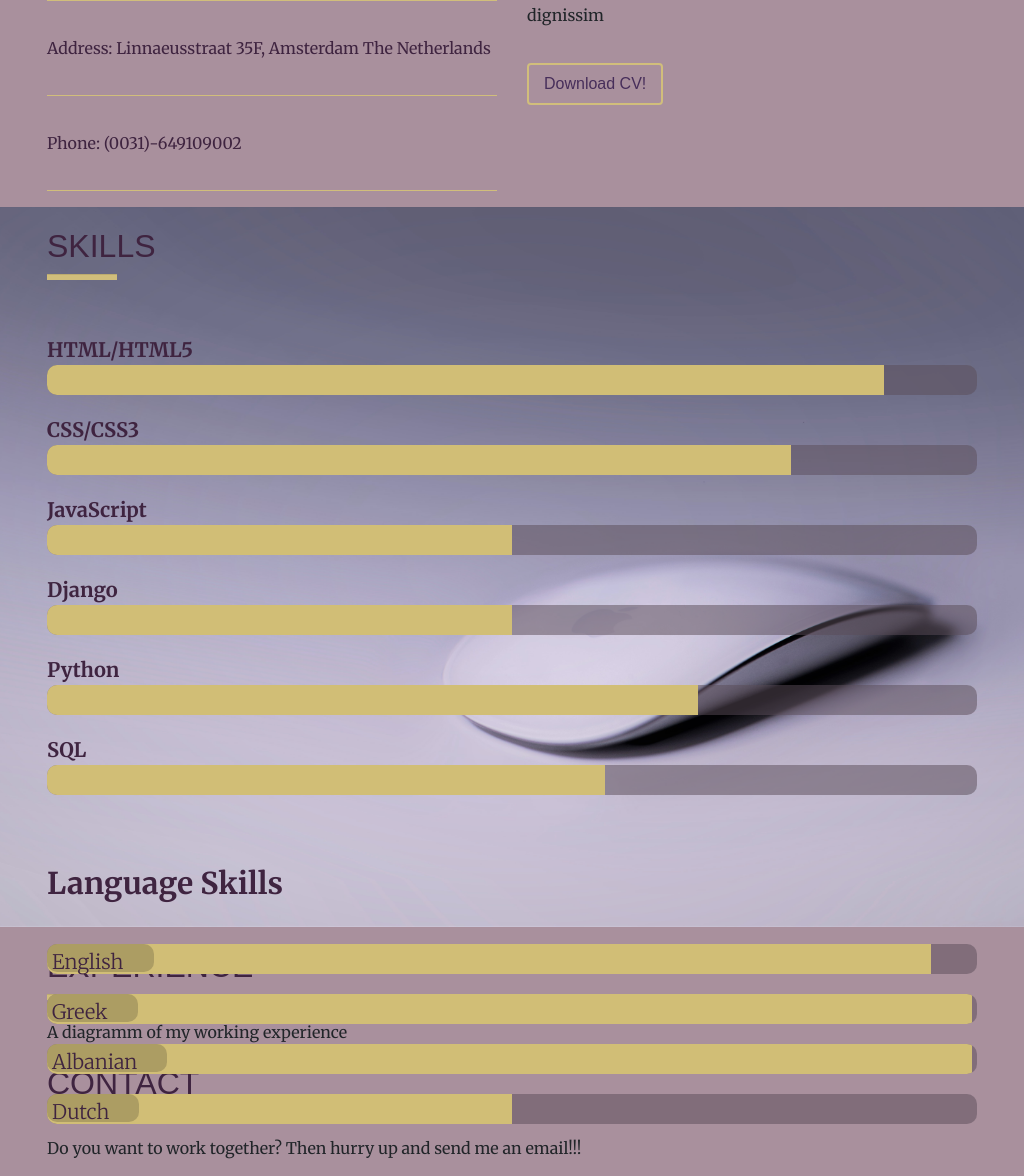
Repository: edshuli/Portfolio
Page: index.html
The author's editor kept a record of every edit. The page is drawn from the files as they stood at one moment, then again after the next edit.
The browser window is 1024 px wide. The pictures show the part of the page from y = 1001 to 2177 px (the page is 2177 px tall).
Backgrounds fixed to the window are drawn as part of the page. Some web fonts or font styles are not loaded; a fallback is used.

Above is the page before.

### index.html
<!DOCTYPE html>
<html lang="en">

<head>
    <meta charset="UTF-8">
    <meta name="viewport" content="width=device-width, initial-scale=1.0">
    <meta http-equiv="X-UA-Compatible" content="ie=edge">
    <link rel="stylesheet" href="https://stackpath.bootstrapcdn.com/bootstrap/4.3.1/css/bootstrap.min.css" type="text/css" />
    <link rel="stylesheet" href="https://stackpath.bootstrapcdn.com/font-awesome/4.7.0/css/font-awesome.min.css" type="text/css" />
    <link rel="stylesheet" href="https://cdnjs.cloudflare.com/ajax/libs/hover.css/2.3.1/css/hover-min.css" type="text/css" />
    <link rel="stylesheet" href="assets/css/style.css" type="text/css" />
    <title>Edna Shuli - Full Stack Web Developer</title>
</head>

<body>

    <div class="container-fluid navbar-menu">
        <div class="row">
            <div class="col-12">
                <!-- NAVBAR -->
                <nav class="navbar navbar-expand-sm fixed-top navbar-light ">
                    <a href="index.html" class="navbar-brand"><i class="fa fa-home" aria-hidden="true"></i>Ed.Sh</a>
                    <button class="navbar-toggler" type="button" data-toggle="collapse" data-target="#menuDropdown" aria-controls="menuDropdown" aria-expanded="false" aria-label="Toggle navigation">
           <span class="navbar-toggler-icon"></span>
       </button>

                    <div id="menuDropdown" class="navbar-collapse collapse">
                        <ul class="navbar-nav mr-auto">
                            <li><a class="nav-link text-uppercase" href="#">about</a></li>
                            <li><a class="nav-link text-uppercase" href="#">skills</a></li>
                            <li><a class="nav-link text-uppercase" href="#">work</a></li>
                            <li><a class="nav-link text-uppercase" href="#">education</a></li>
                            <li><a class="nav-link text-uppercase" href="#">contact</a></li>
                            <li><a class="nav-link text-uppercase" href="#">cv</a></li>
                        </ul>
                    </div>
            </div>
        </div>
        </nav>
    </div>
    <div class="container-fluid homepage-container ">
        <div class="row">
            <div class="col">
                <div class="jumbotron ">
                    <h1 class="header">Hi! I'm </br><span class="name">
            Edna Shuli</span></h1>
                    <p class="title">Full Stack Web Developer</p>
                </div>
            </div>
        </div>
    </div>



    <!-- ABOUT ME -->
    <section class="aboutme">
        <div class="container aboutme-container">
            <div class="row">
                <div class="col-md-6">
                    <div class="personal-info">
                        <h2 class="uppercase">Personal Info</h2>
                        <hr class="title-divider">
                        <ul>
                            <li>Name: Edna Shuli</li>
                            <li>Email: <a href="mailto:edna_shhuli@hotmail.gr">edna_shuli@hotmail.gr</a></li>
                            <li>Address: Linnaeusstraat 35F, Amsterdam The Netherlands</li>
                            <li>Phone: (0031)-649109002</li>
                        </ul>
                    </div>
                </div>
                <div class="col-md-6">
                    <h2 class="text-uppercase">About</h2>
                    <hr class="title-divider">
                    <div class="aboutmeitem">
                        <p>Lorem ipsum dolor sit amet, consectetuer adipiscing elit, sed diam nonummy nibh euismod tincidunt ut laoreet dolore magna aliquam erat volutpat. Ut wisi enim ad minim veniam, quis nostrud exerci tation ullamcorper suscipit lobortis
                            nisl ut aliquip ex ea commodo consequat. Duis autem vel eum iriure dolor in hendrerit in vulputate velit esse molestie consequat, vel illum dolore eu feugiat nulla facilisis at vero eros et accumsan et iusto odio dignissim
                        </p>
                    </div>
                    <button class="btn">Download CV!</button>
                </div>
            </div>
        </div>
    </section>



    <!-- Skills -->

    <section class="skills">
        <div class="container skills-container">
            <div class="row">
                <div class="col">
                    <h2 class="text-uppercase">Skills</h2>
                    <hr class="title-divider">
                </div>
            </div>
            <div class="skills-item-container">
                <div class="row ">
                    <div class="col">
                        <div class="skill-item-desc">HTML/HTML5</div>
                        <div class="progress">
                            <div class="progress-bar" role="progressbar" aria-valuenow="90" aria-valuemin="0" aria-valuemax="100" style="width:90%">
                                <span class="sr-only">90% complete</span>
                            </div>
                        </div>
                        <div class="skill-item-desc">CSS/CSS3</div>
                        <div class="progress">
                            <div class="progress-bar" role="progressbar" aria-valuenow="80" aria-valuemin="0" aria-valuemax="100" style="width:80%">
                                <span class="sr-only">80% complete</span>
                            </div>
                        </div>
                        <div class="skill-item-desc">JavaScript</div>
                        <div class="progress">
                            <div class="progress-bar" role="progressbar" aria-valuenow="50" aria-valuemin="0" aria-valuemax="100" style="width:50%">
                                <span class="sr-only">50% complete</span>
                            </div>
                        </div>
                        <div class="skill-item-desc">Django</div>
                        <div class="progress">
                            <div class="progress-bar" role="progressbar" aria-valuenow="50" aria-valuemin="0" aria-valuemax="100" style="width:50%">
                                <span class="sr-only">50% complete</span>
                            </div>
                        </div>
                        <div class="skill-item-desc">Python</div>
                        <div class="progress">
                            <div class="progress-bar" role="progressbar" aria-valuenow="70" aria-valuemin="0" aria-valuemax="100" style="width:70%">
                                <span class="sr-only">70% complete</span>
                            </div>
                        </div>
                        <div class="skill-item-desc">SQL</div>
                        <div class="progress">
                            <div class="progress-bar" role="progressbar" aria-valuenow="60" aria-valuemin="0" aria-valuemax="100" style="width:60%">
                                <span class="sr-only">60% complete</span>
                            </div>
                        </div>
                    </div>
                </div>
            </div>
            <div class="language-container">
                <div class="row">
                    <div class="col">
                        <h3>Language Skills</h3>
                        <div class="progress">
                            <div class="progress-bar" role="progressbar" aria-valuenow="95" aria-valuemin="0" aria-valuemax="100" style="width:95%">
                                <span class="sr-only">95% complete</span>
                            </div>
                            <span class="progress-item">English</span>
                        </div>
                        <div class="progress">
                            <div class="progress-bar" role="progressbar" aria-valuenow="99.5" aria-valuemin="0" aria-valuemax="100" style="width:99.5%">
                                <span class="sr-only">99.5% complete</span>
                            </div>
                            <span class="progress-item">Greek</span>
                        </div>

                        <div class="progress">
                            <div class="progress-bar" role="progressbar" aria-valuenow="99.5" aria-valuemin="0" aria-valuemax="100" style="width:99.5%">
                                <span class="sr-only">99.5% complete</span>
                            </div>
                            <span class="progress-item">Albanian</span>
                        </div>

                        <div class="progress">
                            <div class="progress-bar" role="progressbar" aria-valuenow="50" aria-valuemin="0" aria-valuemax="100" style="width:50%">
                                <span class="sr-only">50% complete</span>
                            </div>
                            <span class="progress-item">Dutch</span>
                        </div>
                    </div>
                </div>
            </div>
        </div>
    </section>



    <!-- Experience -->
    <div class="container experience-container">
        <section class="experience">
            <h2 class="text-uppercase">Experience</h2>
            <hr class="title-divider">
            <div class="work-history">
                <p>A diagramm of my working experience</p>
            </div>
        </section>
    </div>




    <!-- Contact -->
    <div class="container contact-container">
        <section class="contact">
            <h2 class="text-uppercase">Contact</h2>
            <hr class="title-divider">
            <div class="contact-info">
                <p>Do you want to work together? Then hurry up and send me an email!!!</p>
            </div>
        </section>
    </div>


    <!-- Download
        <section class="downloadcv">
           <button class="btn">Download CV!</button
        </section>
       -->
    <footer>

    </footer>

    <script src="https://code.jquery.com/jquery-3.3.1.slim.min.js" integrity="sha384-q8i/X+965DzO0rT7abK41JStQIAqVgRVzpbzo5smXKp4YfRvH+8abtTE1Pi6jizo" crossorigin="anonymous"></script>
    <script src="https://cdnjs.cloudflare.com/ajax/libs/popper.js/1.14.7/umd/popper.min.js" integrity="sha384-UO2eT0CpHqdSJQ6hJty5KVphtPhzWj9WO1clHTMGa3JDZwrnQq4sF86dIHNDz0W1" crossorigin="anonymous"></script>
    <script src="https://stackpath.bootstrapcdn.com/bootstrap/4.3.1/js/bootstrap.min.js" integrity="sha384-JjSmVgyd0p3pXB1rRibZUAYoIIy6OrQ6VrjIEaFf/nJGzIxFDsf4x0xIM+B07jRM" crossorigin="anonymous"></script>
</body>


</html>

### assets/css/style.css
@import url('https://fonts.googleapis.com/css?family=Merriweather:100,200,300,400,500,600,700|Playfair+Display:100,200,300,400,500,600,700|Nanum+Gothic:100,200,300,400');

body {
    font-family: "Merriweather", sans-serif;
    background-color: #a9909d;
    width: 100%;
}


/* ------------------------Button/Download--------------------*/

.btn {
    font: 16px "Playfair", sans-serif;
    color: #472e5a;
    margin: 20px 0px;
    padding: 10px 15px;
    border: 2px solid #d1be7b;
    display: inline-block;
}

/*---------------------HOMEPAGE/JUMBOTRON--------------------*/

.homepage-container {
    height: 100vh;
    background: url(../images/logo1.jpg) no-repeat center center fixed;
    -webkit-background-size: cover;
    -moz-background-size: cover;
    -o-background-size: cover;
    background-size: cover;

    display: flex;
    align-items: center;
    justify-content: center;
}



/*------------------------Jumbotron ---------------------*/

.jumbotron {
    background-color: transparent;
    margin-bottom: 0px;
    padding: 150px 700px 50px 0;
}

.header {
    color: #3e2832;
    font-size: 45px;
    font-weight: 300;
    margin-bottom: 10px;
}


.header {
    font-family: "Playfair", sans-serif;
}

span {
    font-family: "Merriweather", sans-serif;
}

.title {
    font-family: "Playfair", sans-serif;
    border-bottom-width: 1px;
    border-bottom-style: solid;
    border-bottom-color: #4f3943;
    border-top-width: 1px;
    border-top-style: solid;
    border-top-color: #4f3943;
    color: #4f3943;
    font-size: 25px;
    font-weight: 300;
    text-transform: uppercase;
    letter-spacing: 1px;
    padding: 15px 0;
}


/*---------------------------------Navbar ------------*/

.navbar {
    background-color: rgba(0, 0, 0, 0.7);
    overflow: hidden;
    position: fixed;

}

.navbar-menu {
    padding-left: 0;
    padding-right: 0;

}

.navbar-light .navbar-brand {
    letter-spacing: 1px;
    color: #d1be7b;
    font-size: 20px;
    font-weight: bold;

}

.navbar .navbar-nav a {
    font-weight: bold;
    color: #d1be7b;
    letter-spacing: 1px;
    text-decoration: none;
}

.navbar-light .navbar-nav .nav-link {
    color: #d1be7b;
}

.fa-home {
    color: #d1be7b;
}



/*-----------For mobile ------------*/

.navbar-collapse {
    text-align: right;
    display: block;
}

.navbar-toggler {
    line-height: 1;
    background-color: #f8f9fa7a;
    border: 1px solid #fafaf8;
    border-radius: .25rem;
}

/*----------------------------TITLES/HEADERS----------------------------*/

h2 {
    font-family: "Nanum+Gothic", sans-serif;
    color: #3f2440;
    background-color: transparent;
    margin-top: 20px;
}

.title-divider {
    width: 70px;
    height: 5px;
    background-color: #d1be7b;
    margin: 0 0 20px 0;
}

/*--------------------------ABOUT ME-------------------*/

/*.aboutme-container {
     height: 100vh;
    background: url(../images/aboutmelogos/logo-aboutme.jpg) no-repeat center center fixed;
    -webkit-background-size: cover;
    -moz-background-size: cover;
    -o-background-size: cover;
    background-size: cover;
}*/

.aboutme {
    width: 100vw;

}

a {
    text-decoration: none;
    color: #3f2440;
}

ul {
    padding: 0;
}

.personal-info ul li {
    border-bottom: 1px solid #d1be7b;
    padding: 35px 0;
    list-style: none;
    color: #3f2440;

}




/*--------------------------------------SKILLS --------*/

.skills {
    height: 100vh;
    background: url(../images/skillslogo/logo3.jpg) no-repeat center center fixed;
    -webkit-background-size: cover;
    -moz-background-size: cover;
    -o-background-size: cover;
    background-size: cover;
    background-color: rgba(225, 225, 225, 0.28);
}

.skills-item-container {
    margin-top: 10px;
    /* background-color: rgba(225, 225, 225, 0.28);*/
    margin-bottom: 30px
}

.skill-item-desc {
    font-weight: 200;
    color: #3f2440;
    /* margin:0 0 0 90px;*/
}

.progress {
    background-color: rgba(90, 77, 89, 0.51);
    /*rgba(90, 77, 89, 0.75);*/
    border-radius: 10px;
    margin-bottom: 10px;
    height: 20px;
}

.progress-bar {
    background-color: #d1be76;
}

.progress-item {
    position: absolute;
    font-weight: 200;
    padding: 3px 30px 2px 10px;
    color: #3f2440;
    background-color: rgba(25, 25, 25, 0.2);
    border-radius: 10px;
    height: 20px;
}



h3 {
    font-size: 20px;
    font-weight: bold;
    color: #3f2440;
}


.experience-container {}


.contact-container {}


/*------------------ MEDIA QUERRIES--------------*/

/*------------------ HOMEPAGE ------------------*/

@media (max-width: 576px) {

    .container-fluid {
        font-size: 10px;
    }

    .jumbotron {
        background-color: transparent;
        margin-bottom: 0px;
        padding: 150px 0px 50px 0;
    }
    .navbar-toggler {
        line-height: 1;
        background-color: #f8f9fa7a;
        border: 1px solid #fafaf8;
        border-radius: 0.1rem;
    }

    .header {
        font-size: 30px;
        font-weight: 300;
    }

    .title {
        font-size: 15px;
    }
}

@media (min-width: 576px) and (max-width:768px) {

    .jumbotron {
        background-color: transparent;
        margin-bottom: 0px;
        padding: 150px 0px 50px 0;
    }
}

@media (max-width: 768px) {
    .homepage-container {
        background-attachment: scroll;
        background: url(../images/logo2.jpg) no-repeat center center fixed;
        -webkit-background-size: cover;
        -moz-background-size: cover;
        -o-background-size: cover;
        background-size: cover;
    }
}

/*------------------ SKILLS    ------------------*/

@media (max-width: 320px) {
    h2 {
        font-size: 20px;
    }

    .skill-item-desc {
        font-weight: 200;
        font-size: bold;
    }

    .progress-item {
        font-weight: bold;
    }
}



@media (min-width: 768px) and (max-width:1024px) {
    .skills-item-container {
        margin-top: 35px;

        margin-bottom: 50px
    }
   .progress{
       margin-bottom: 20px;
       height:30px;
   }

   h3{
       padding-bottom: 35px;
       font-size:30px;
   }

   .skill-item-desc{
       font-weight:bold;
       font-size:20px;
   }

   .progress-item{
       font-size:20px;
       padding: 3px 30px 10px 5px;
       height:28px;
   }
}

After the next edit:
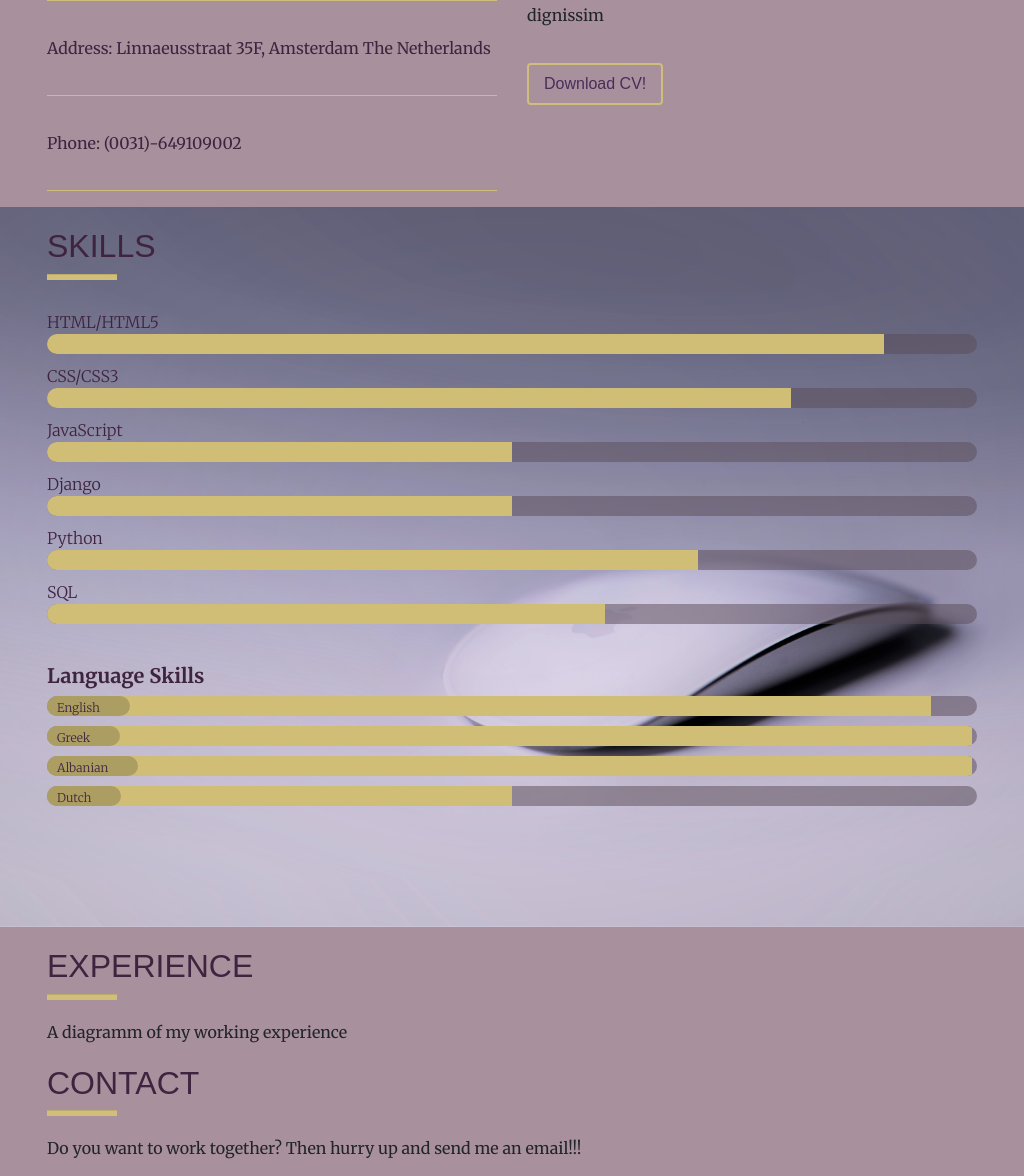
The edit:
--- a/assets/css/style.css
+++ b/assets/css/style.css
@@ -314,7 +314,7 @@
 
 
 
-@media (min-width: 768px) and (max-width:1024px) {
+/*@media (min-width: 768px) and (max-width:1024px) {
     .skills-item-container {
         margin-top: 35px;
 
